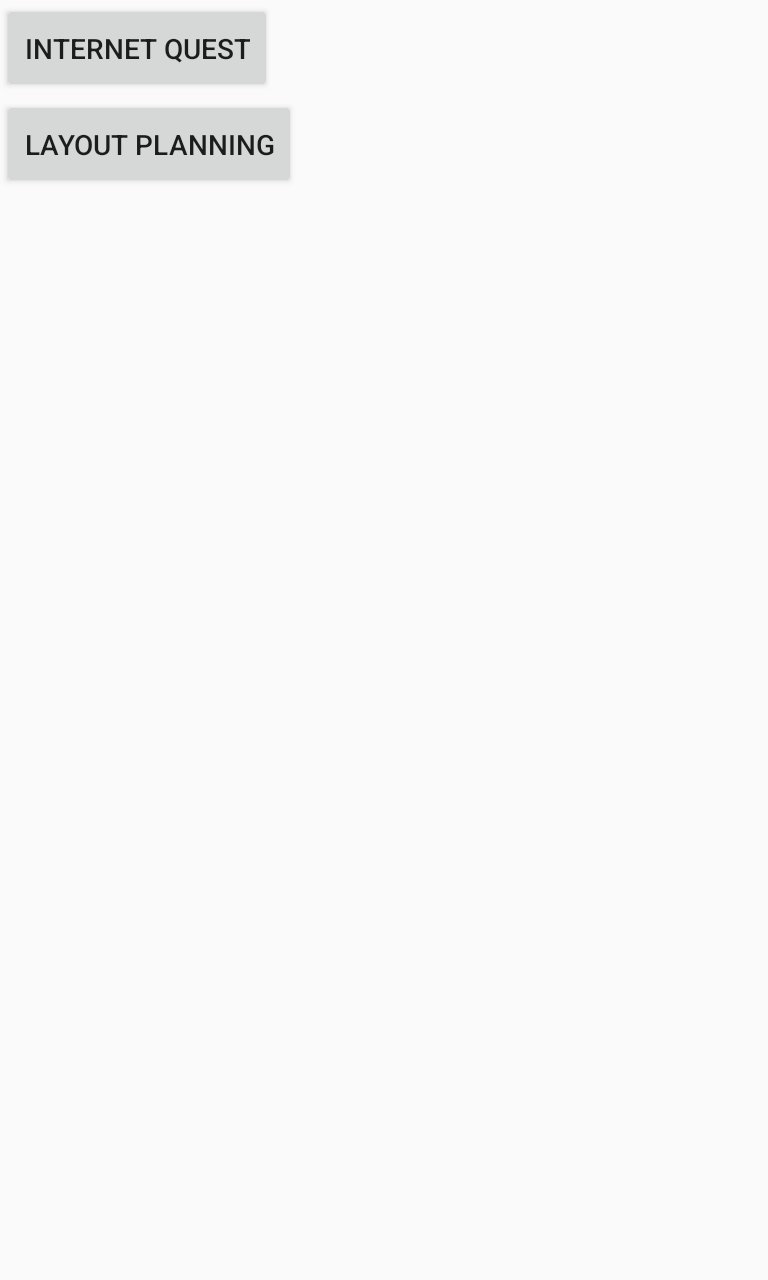
Repository: Attaphon1996/Engineering-Stuff
Layout: OSource/Android Play/Android_Projects/YASH15.0/res/layout/day1_technical.xml
The author's editor kept a copy of each file at every save. The layout is drawn from the files as they stood at one save, then again after the next save.
It is drawn on a 768 x 1280 px phone screen (xhdpi) without system bars, with theme AppTheme; the app's code is not run.

Above is the layout before, as saved 2015-02-08 13:54:42.

### OSource/Android Play/Android_Projects/YASH15.0/res/layout/day1_technical.xml
<?xml version="1.0" encoding="utf-8"?>
<LinearLayout xmlns:android="http://schemas.android.com/apk/res/android"
    android:layout_width="match_parent"
    android:layout_height="match_parent"
    android:orientation="vertical" >

    <Button
        android:id="@+id/internet_quest"
        android:layout_width="wrap_content"
        android:layout_height="wrap_content"
        android:text="@string/internet" />

    <Button
        android:id="@+id/layout_planning"
        android:layout_width="wrap_content"
        android:layout_height="wrap_content"
        android:text="@string/layout" />

</LinearLayout>

### OSource/Android Play/Android_Projects/YASH15.0/res/values/strings.xml
<?xml version="1.0" encoding="utf-8"?>
<resources>

    <string name="app_name">YASH 15.0</string>
    <string name="hello_world">Hello world!</string>
    <string name="action_settings">Settings</string>
    <string name="day0">15TH Feb</string>
    <string name="day1">16th Feb</string>
    <string name="day2">17th Feb</string>
    <string name="day3">18th Feb</string>
    <string name="day4">19th Feb</string>
    <string name="day5">20th Feb</string>
    <string name="day6">21st Feb</string>
    <string name="technical">Technical</string>
    <string name="cultural">Cultural</string>
    <string name="sports">Sports</string>
    <string name="doty">DOTY</string>
    <string name="tshirt">T-SHIRT PRINTING</string>
    <string name="internet">INTERNET QUEST</string>
    <string name="layout">LAYOUT PLANNING</string>
    <string name="chess">CHESS</string>
    <string name="carrom">CARROM</string>


</resources>

Loaded but not shown: OSource/Android Play/Android_Projects/YASH15.0/res/values/styles.xml (common file); OSource/Android Play/Android_Projects/YASH15.0/res/values-v11/styles.xml (common file); OSource/Android Play/Android_Projects/YASH15.0/res/values-v14/styles.xml (common file)

After the next save:
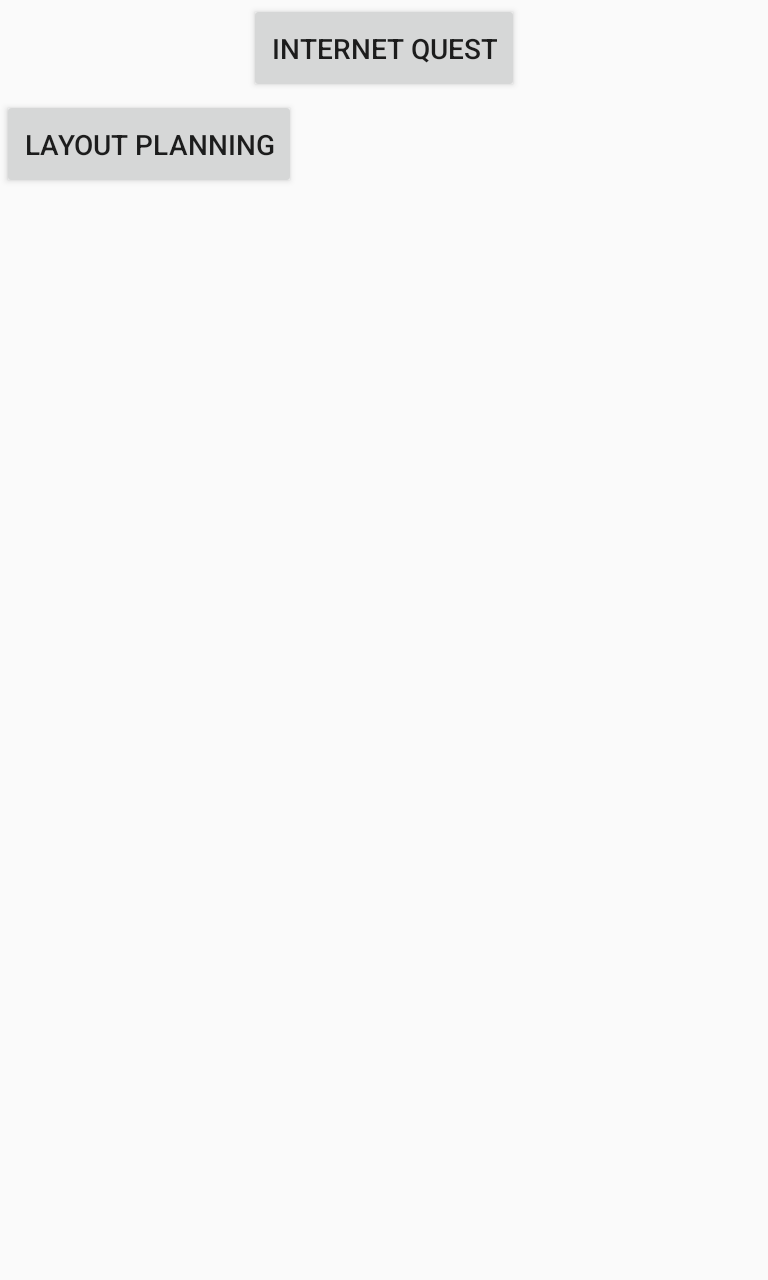
Saved 13 s later.
--- a/OSource/Android Play/Android_Projects/YASH15.0/res/layout/day1_technical.xml
+++ b/OSource/Android Play/Android_Projects/YASH15.0/res/layout/day1_technical.xml
@@ -8,7 +8,8 @@
         android:id="@+id/internet_quest"
         android:layout_width="wrap_content"
         android:layout_height="wrap_content"
-        android:text="@string/internet" />
+        android:text="@string/internet"
+        android:layout_gravity="center" />
 
     <Button
         android:id="@+id/layout_planning"
